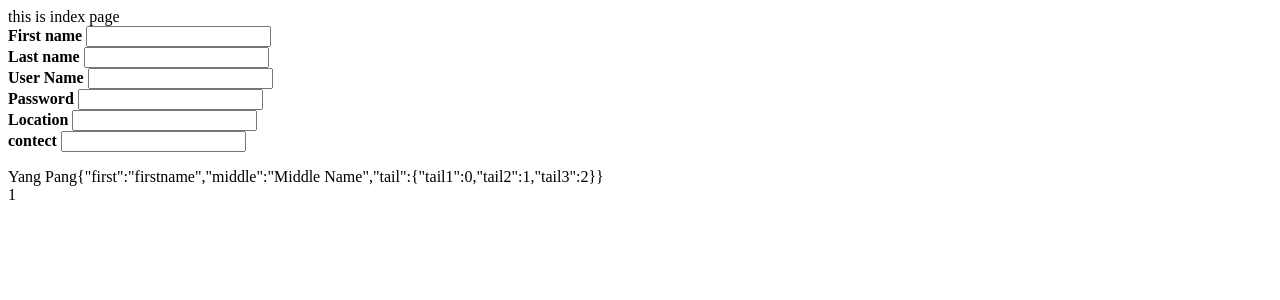
Repository: SeraYang/www
Page: http://localhost/app/index.php
These files come from the project's save history. The page is drawn as it stood at one moment and after the next save; the edit follows.
The browser window is 1280 px wide. The pictures show the whole page.
The page is run by PHP 8.4 with error messages shown; the project is at /var/www/html/.

Above is the page before, as saved 2016-01-28 04:39:43.

After the next save:
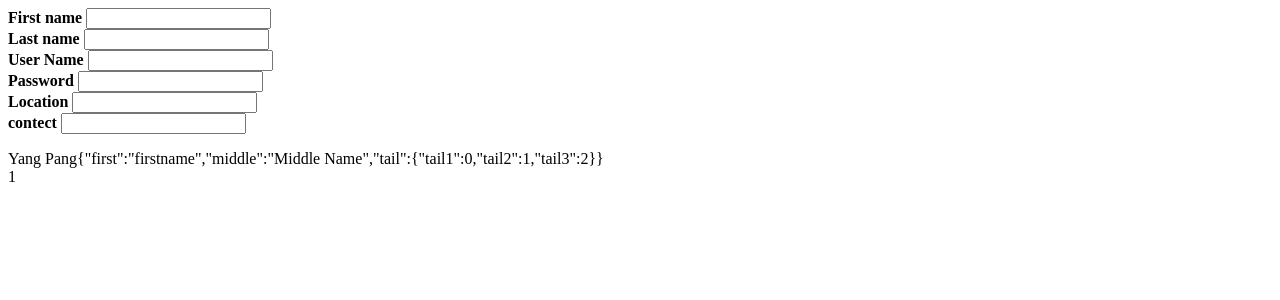
Saved 43 s later.
--- a/openhouse_app/app/index.php
+++ b/openhouse_app/app/index.php
@@ -1,6 +1,5 @@
 <html>
     <head>
-        this is index page
     </head>
 
     <body>
